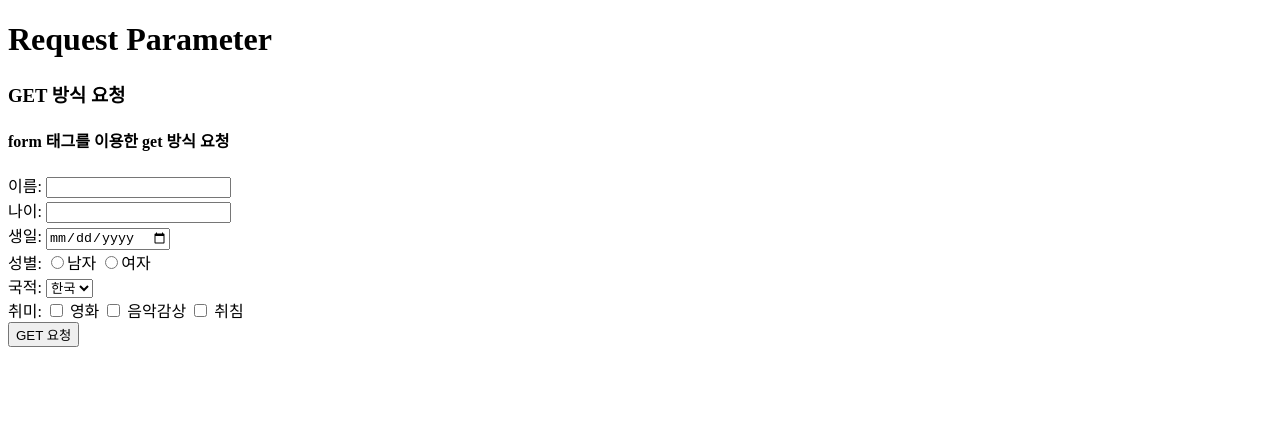
Repository: yeeeeeeer/05_servlet
Page: http://localhost/chap03-parameter/
These files come from the project's save history. The page is drawn as it stood at one moment and after the next save; the edit follows.
The browser window is 1280 px wide. The pictures show the whole page.
The page is served by Tomcat 9. Other server files are loaded and not shown.

Above is the page before, as saved 2024-06-05 02:00:12.

### chap03-parameter/src/main/webapp/index.jsp
<%@ page contentType="text/html; charset=UTF-8"%>
<!DOCTYPE html>
<html>
<head>
<meta charset="UTF-8">
<title>Insert title here</title>
</head>
<body>
	<h1>Request Parameter</h1>

	<h3>GET 방식 요청</h3>
	<h4>form 태그를 이용한 get 방식 요청</h4>
	<form action="querystring" method="get">
		<label>이름: </label><input type="text" name="name"><br>
		<label>나이: </label><input type="number" name="age"><br>
		<label>생일: </label><input type="date" name="birthday"><br>
		<label>성별: </label>
			<input type="radio" name="gender" id="male" value="M"><label for="male">남자</label>
			<input type="radio" name="gender" id="female" value="F"><label for="female">여자</label>
		<br>
		<label>국적: </label>
			<select name="national">
			<option value="ko">한국</option>
			<option value="ch">중국</option>
			<option value="jp">일본</option>
			<option value="etc">기타</option>
		</select><br>
		<label>취미: </label>
		<input type="checkbox" name="hobbies" id="movie" value="movie"> <label for="movie">영화</label>
		<input type="checkbox" name="hobbies" id="music" value="music"> <label for="music">음악감상</label>
		<input type="checkbox" name="hobbies" id="sleep" value="sleep"> <label for="sleep">취침</label>
		<br>
		<input type="submit" value="GET 요청">
	</form>
</body>
</html>

After the next save:
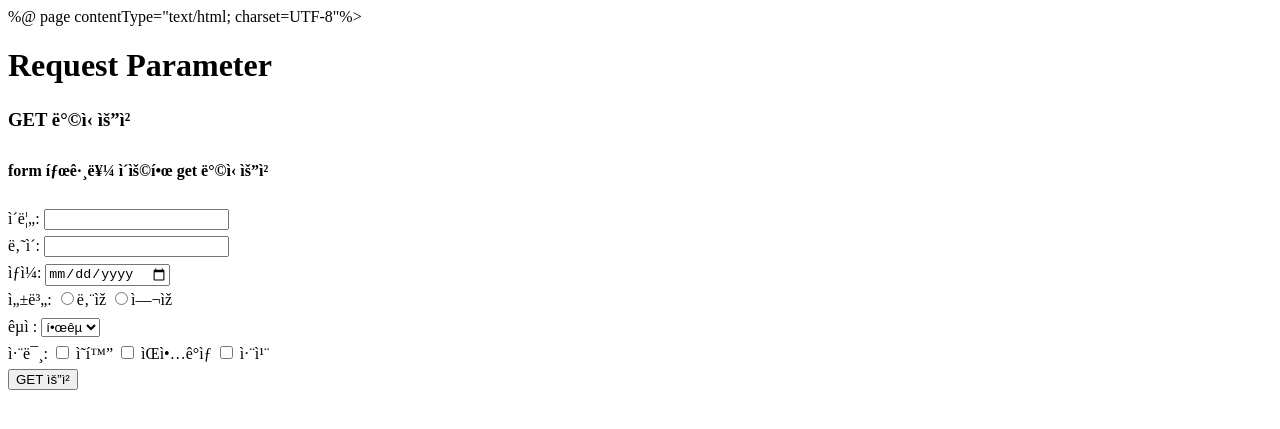
Saved 10 min 10 s later.
--- a/chap03-parameter/src/main/webapp/index.jsp
+++ b/chap03-parameter/src/main/webapp/index.jsp
@@ -1,4 +1,4 @@
-<%@ page contentType="text/html; charset=UTF-8"%>
+%@ page contentType="text/html; charset=UTF-8"%>
 <!DOCTYPE html>
 <html>
 <head>

After the save that followed:
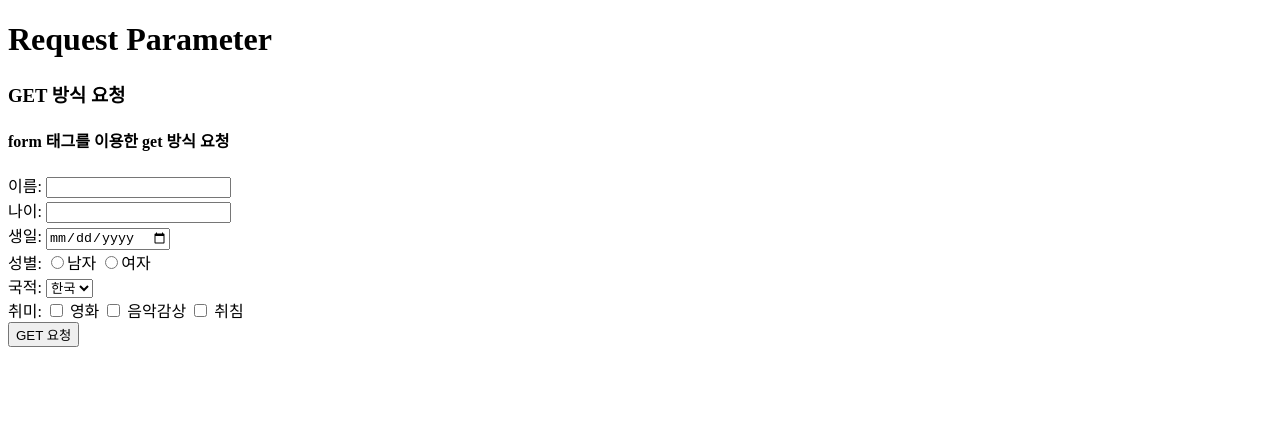
Saved 4 s later.
--- a/chap03-parameter/src/main/webapp/index.jsp
+++ b/chap03-parameter/src/main/webapp/index.jsp
@@ -1,4 +1,4 @@
-%@ page contentType="text/html; charset=UTF-8"%>
+<%@ page contentType="text/html; charset=UTF-8"%>
 <!DOCTYPE html>
 <html>
 <head>
